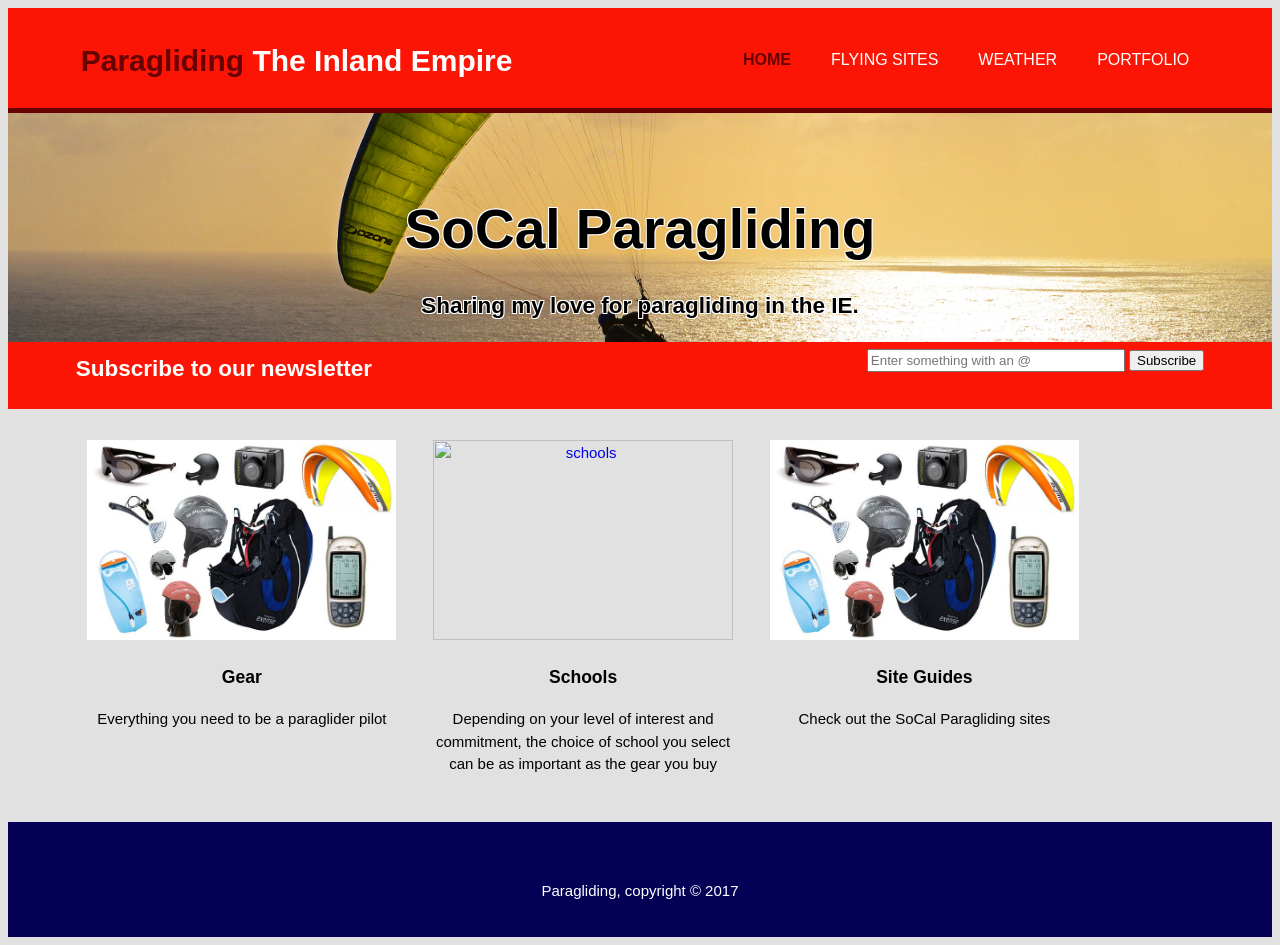
Repository: allenthoe/allenthoe.github.io
Page: index.html
The author's editor kept a record of every edit. The page is drawn from the files as they stood at one moment, then again after the next edit.
The browser window is 1280 px wide. The pictures show the whole page.

Above is the page before.

After the next edit:
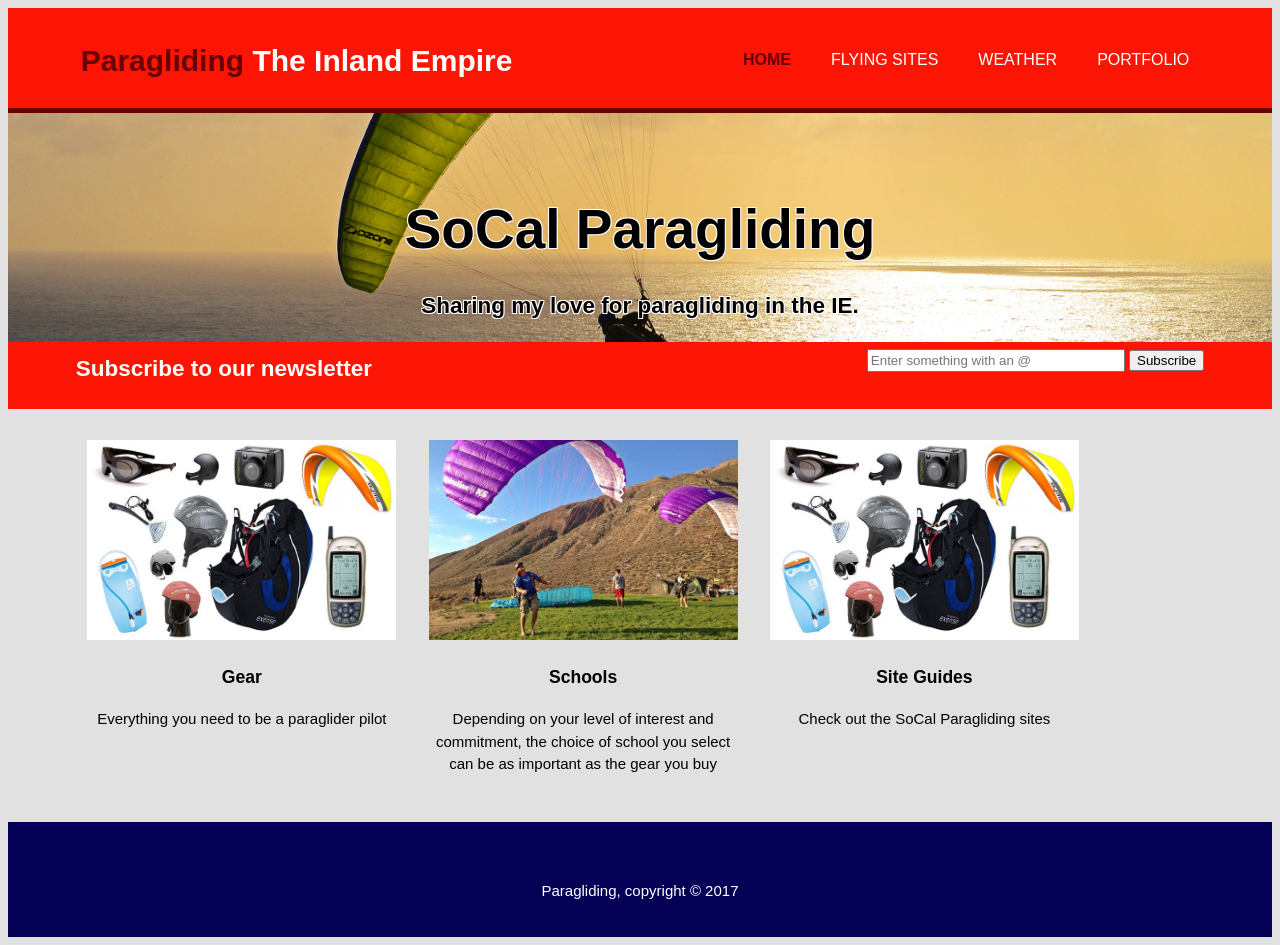
The edit:
--- a/index.html
+++ b/index.html
@@ -53,7 +53,7 @@
 
 			<div class="box">
 
-			<a href="schools.html"><img src="" title="schools" height="200" /></a>
+			<a href="schools.html"><img src="./img/school.jpg" title="schools" height="200" /></a>
 				<h3>Schools</h3>
 					<p>Depending on your level of interest and commitment, the choice of school you select can be as important as the gear you buy</p>
 			</div>
